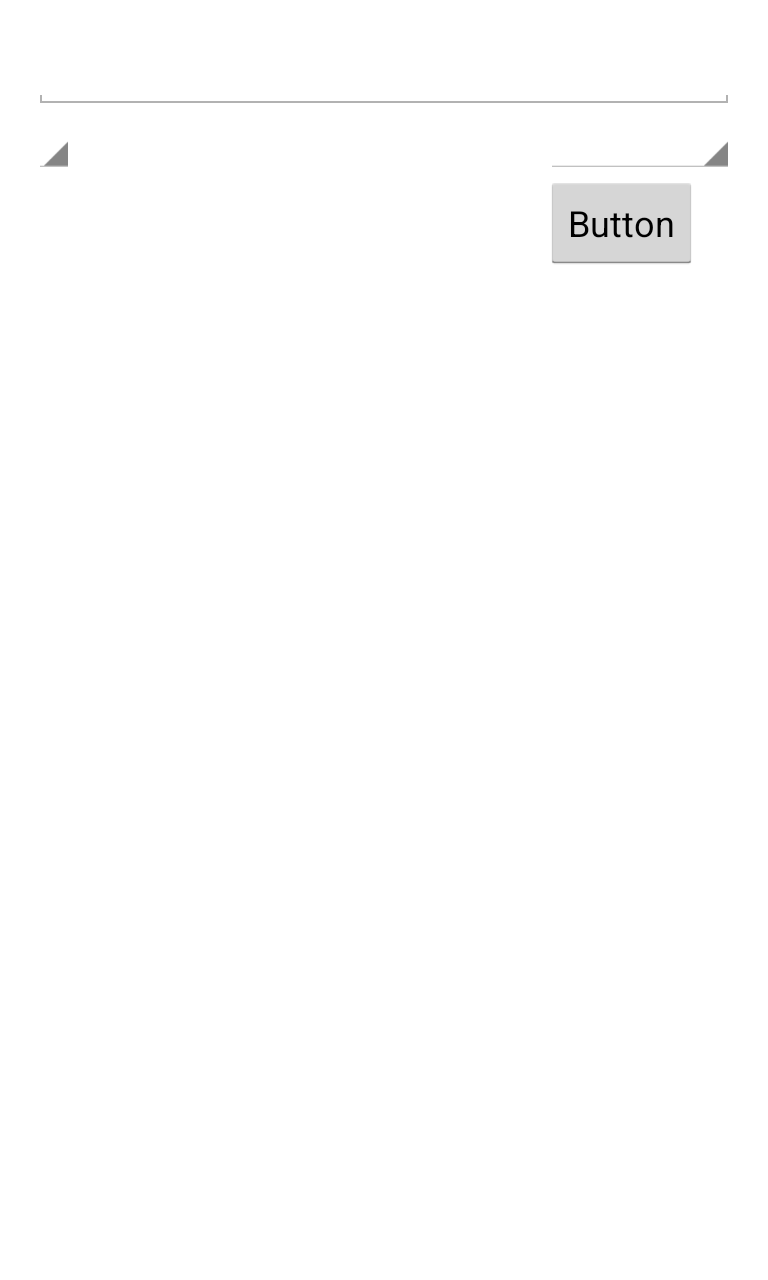
Repository: ericluo1123/myAndroidCode
Layout: SimpleRelativeLayout/res/layout/activity_main.xml
An editor plug-in stored every save of this project. The layout is shown before and after the next save, followed by the edit.
It is drawn on a 768 x 1280 px phone screen (xhdpi) without system bars, with theme AppTheme; the app's code is not run.

Above is the layout before, as saved 2014-09-05 13:24:38.

After the next save:
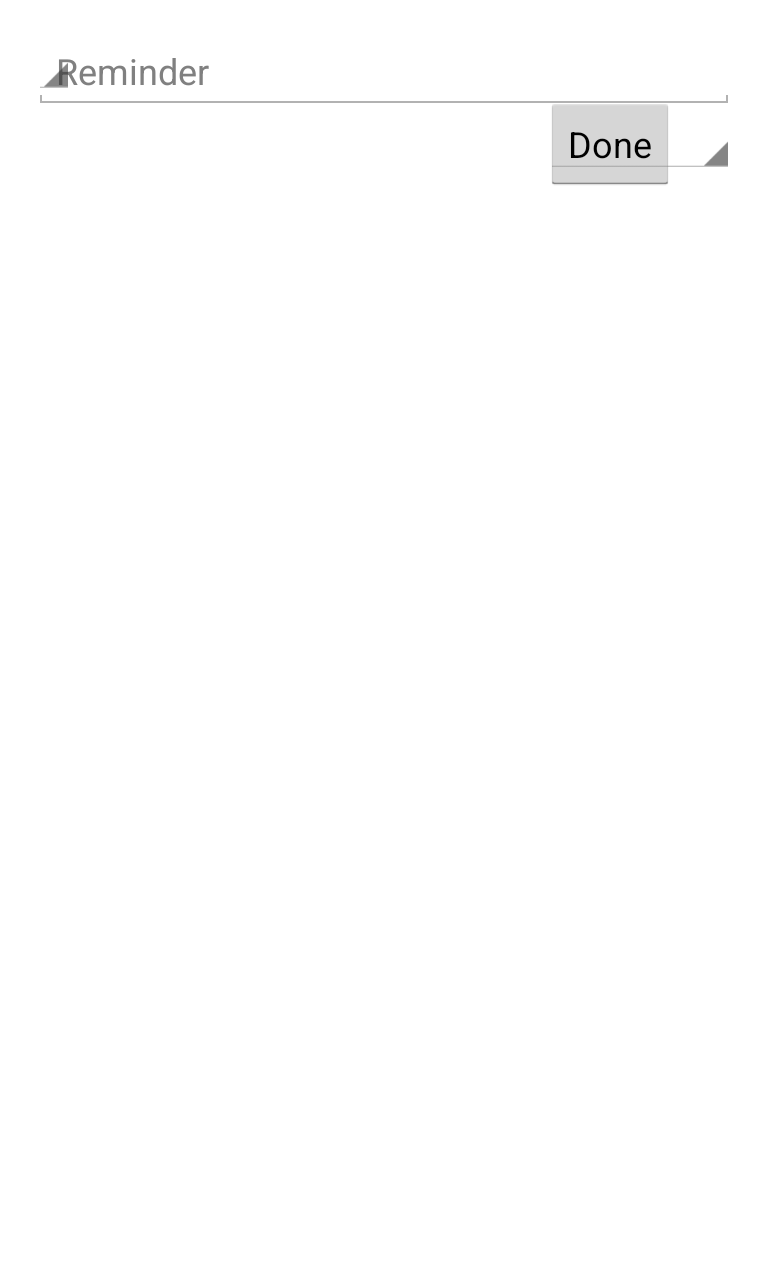
Saved 2 min 42 s later.
--- a/SimpleRelativeLayout/res/layout/activity_main.xml
+++ b/SimpleRelativeLayout/res/layout/activity_main.xml
@@ -14,14 +14,15 @@
         android:layout_height="wrap_content"
         android:layout_alignParentTop="true"
         android:layout_centerHorizontal="true"
-        android:ems="10" />
+        android:ems="10"
+        android:hint="Reminder" />
 
     <Spinner
         android:id="@+id/spinner1"
         android:layout_width="wrap_content"
         android:layout_height="wrap_content"
         android:layout_alignLeft="@+id/editText1"
-        android:layout_below="@+id/editText1" />
+        android:layout_below="@+id/name" />
 
     <Spinner
         android:id="@+id/spinner2"
@@ -36,6 +37,6 @@
         android:layout_height="wrap_content"
         android:layout_alignLeft="@+id/spinner2"
         android:layout_below="@+id/spinner1"
-        android:text="Button" />
+        android:text="Done" />
 
 </RelativeLayout>
